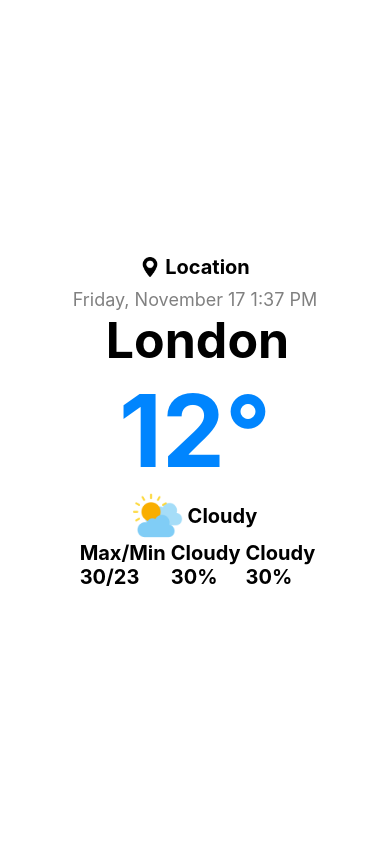
Repository: praveen080/react-native-weatherAppV1
Screen: /
These files come from the project's save history. The screen is drawn as it stood at one moment and after a run of saves; the edit follows.
The app was drawn by React Native's web renderer in a window 390 px wide. The project was rebuilt for these pictures with package versions that can differ from the ones it lists, and the page was loaded fresh each time. Also part of the build but not shown: Screens/startUp.js.

Above is the screen before, as saved 2023-11-17 13:50:45.

### App.js
import { StatusBar } from "expo-status-bar";
import { StyleSheet, Text, View } from "react-native";
import StartPage from "./Screens/startUp";
import Home from "./Screens/Home";

export default function App() {
  return (
    <View style={styles.container}>
      {/* <StartPage /> */}
      <Home />
    </View>
  );
}

const styles = StyleSheet.create({
  container: {
    flex: 1,
    backgroundColor: "#ff f",
    alignItems: "center",
    justifyContent: "center",
  },
});

### Screens/Home.js
import React from "react";
import { View, Text, Image, TouchableOpacity, StyleSheet } from "react-native";

const Home = () => {
  const currentDate = new Date();

  // Format the date and time
  const formattedDate = currentDate.toLocaleDateString("en-US", {
    weekday: "long",
    day: "numeric",
    month: "long",
  });

  const formattedTime = currentDate.toLocaleTimeString("en-US", {
    hour: "numeric",
    minute: "numeric",
    hour12: true,
  });
  return (
    <View style={styles.container}>
      {/* Location Text with Icon */}
      <TouchableOpacity style={styles.locationContainer}>
        <Image source={require("./assets/location.png")} style={styles.icon} />
        <Text style={styles.locationText}>Location</Text>
      </TouchableOpacity>

      {/* Current Time and Date */}
      <Text style={styles.dateTimeText}>
        {formattedDate} {formattedTime}
      </Text>
      <Text style={styles.location}>London</Text>

      {/* Numbers */}
      <View style={styles.numbersContainer}>
        <Text style={styles.number}>12°</Text>
      </View>

      <View style={styles.locationContainer}>
        <Image
          source={require("./assets/cloudy-day.png")}
          style={styles.iconS}
        />
        <Text style={styles.locationText}>Cloudy</Text>
      </View>
      <View style={styles.locationContainer}>
        <View >
          <Text style={styles.locationText}>Max/Min</Text>
          <Text style={styles.locationText}>30/23</Text>
        </View>
        <View >
          <Text style={styles.locationText}>Cloudy</Text>
          <Text style={styles.locationText}>30%</Text>
        </View>
        <View >
          <Text style={styles.locationText}>Cloudy</Text>
          <Text style={styles.locationText}>30%</Text>
        </View>
      </View>
    </View>
  );
};

export default Home;

export const styles = StyleSheet.create({
  container: {
    flex: 1,
    alignItems: "center",
    justifyContent: "center",
  },
  locationContainer: {
    flexDirection: "row",
    alignItems: "center",
  },
  locationText: {
    fontSize: 20,
    marginLeft: 5,
    fontWeight: "bold",
  },
  location: {
    fontSize: 50,
    marginLeft: 5,
    fontWeight: "bold",
  },
  icon: {
    width: 20,
    height: 20,
  },
  iconS: {
    width: 50,
    height: 50,
  },
  dateTimeText: {
    fontSize: 18,
    marginTop: 10,
    color: "grey",
  },
  numbersContainer: {
    flexDirection: "row",
    alignItems: "center",
    // marginTop: 20,
  },
  number: {
    fontSize: 100,
    // marginRight: 10,
    fontWeight: "bold",
    color: "#0085FE",
  },
  logo: {
    width: 100,
    height: 100,
    marginTop: 20,
  },
  card: {
    width: 350,
    height: 100,
    borderRadius: 10,
    backgroundColor: "lightblue",
    marginTop: 20,
  },
});

// // Weather.js

// import React, { useState } from "react";
// import { View, Text, TextInput, Button, StyleSheet } from "react-native";
// import axios from "axios";

// const Home = () => {
//   const [city, setCity] = useState("");
//   const [weatherData, setWeatherData] = useState(null);
//   const [error, setError] = useState("");

//   const apiKey = "2891236865fb81dd11cf0be56216e1cb";

//   const fetchWeatherData = async () => {
//     try {
//       const response = await axios.get(
//         `https://api.openweathermap.org/data/2.5/weather?q=${city}&appid=${apiKey}&units=metric`
//       );
//       setWeatherData(response.data);
//       setError("");
//     } catch (error) {
//       setWeatherData(null);
//       setError("City not found. Please try again.");
//     }
//   };

//   return (
//     <View style={styles.container}>
//       <Text style={styles.title}>Weather App</Text>
//       <TextInput
//         style={styles.input}
//         placeholder="Enter city"
//         value={city}
//         onChangeText={(text) => setCity(text)}
//       />
//       <Button title="Get Weather" onPress={fetchWeatherData} />
//       {weatherData && (
//         <View>
//           <Text>{`City: ${weatherData.name}`}</Text>
//           <Text>{`Temperature: ${weatherData.main.temp}°C`}</Text>
//           {/* Add more weather details as needed */}
//         </View>
//       )}
//       {error !== "" && <Text style={styles.error}>{error}</Text>}
//     </View>
//   );
// };

// const styles = StyleSheet.create({
//   container: {
//     flex: 1,
//     justifyContent: "center",
//     alignItems: "center",
//   },
//   title: {
//     fontSize: 20,
//     fontWeight: "bold",
//     marginBottom: 10,
//   },
//   input: {
//     height: 40,
//     borderColor: "gray",
//     borderWidth: 1,
//     marginBottom: 10,
//     padding: 10,
//     width: 200,
//   },
//   error: {
//     color: "red",
//     marginTop: 10,
//   },
// });

// export default Home;

After the next 3 saves:
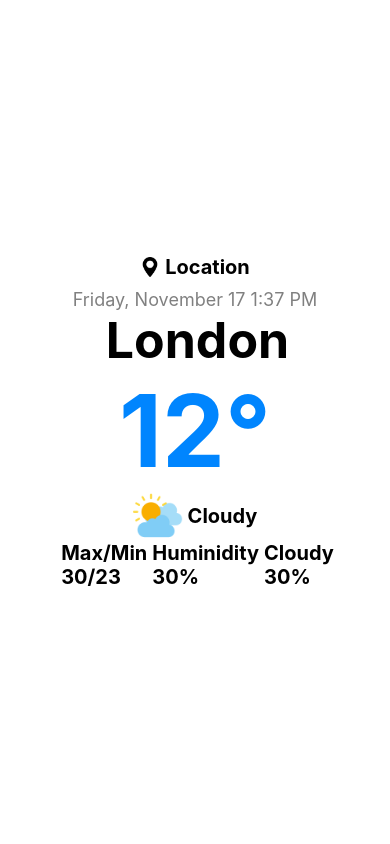
The 3 saves are shown as one change because they came seconds apart.
The last was saved 10 s later.
--- a/Screens/Home.js
+++ b/Screens/Home.js
@@ -48,7 +48,7 @@ const Home = () => {
           <Text style={styles.locationText}>30/23</Text>
         </View>
         <View >
-          <Text style={styles.locationText}>Cloudy</Text>
+          <Text style={styles.locationText}>Huminidity</Text>
           <Text style={styles.locationText}>30%</Text>
         </View>
         <View >
